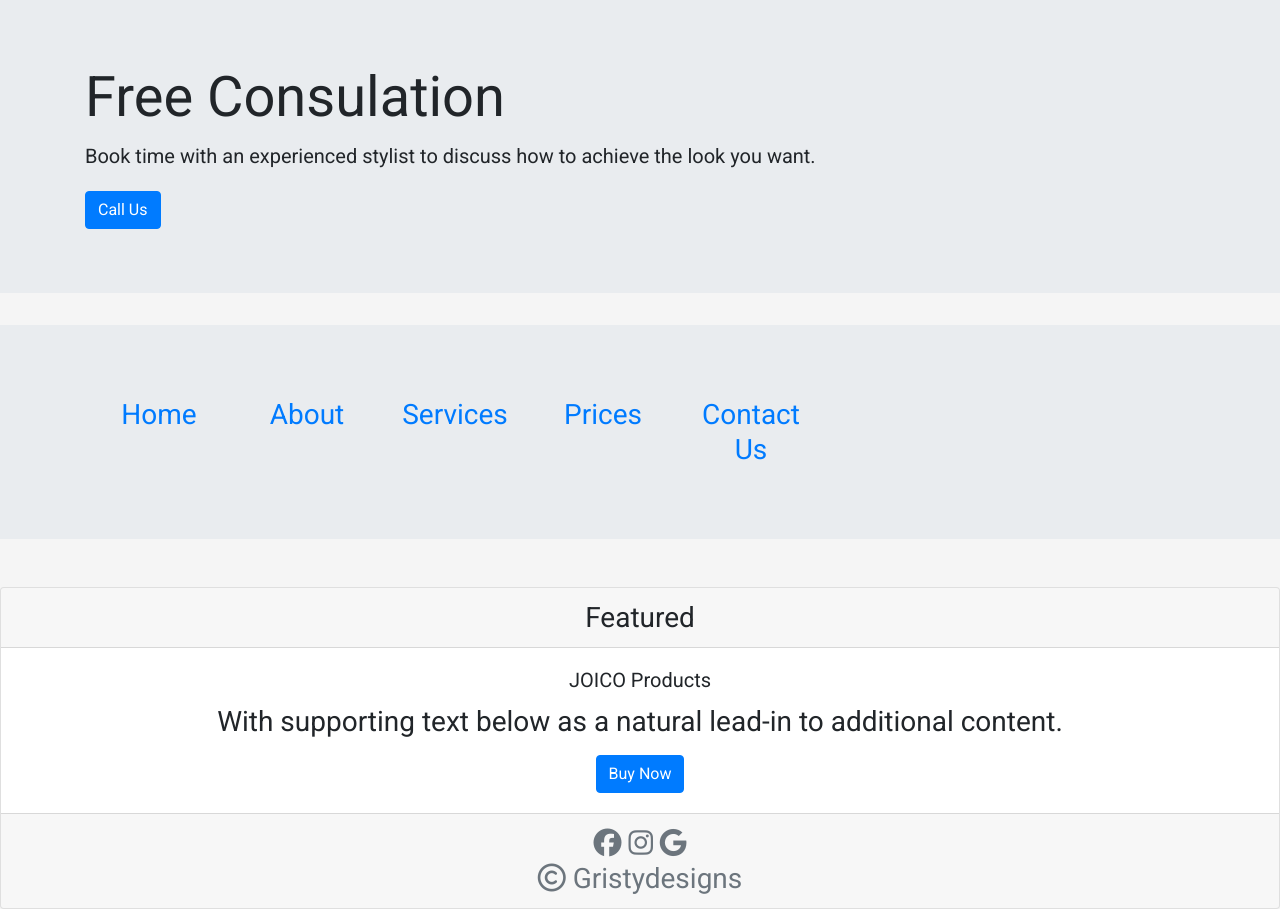
Repository: Gristydesigns/elegance-salon
Page: .c9/index.html
The author's editor kept a record of every edit. The page is drawn from the files as they stood at one moment, then again after the next edit.
The browser window is 1280 px wide. The pictures show the whole page.
Some web libraries are served in a nearby version.

Above is the page before.

### .c9/index.html
<!DOCTYPE html>
<html lang="en">

<head>
  <meta charset="UTF-8">
  <meta name="viewport" content="width=device-width, initial-scale=1.0">
  <meta http-equiv="X-UA-Compatible" content="ie=edge">
  <link rel="stylesheet" href="https://stackpath.bootstrapcdn.com/bootstrap/4.3.1/css/bootstrap.min.css" integrity="sha384-ggOyR0iXCbMQv3Xipma34MD+dH/1fQ784/j6cY/iJTQUOhcWr7x9JvoRxT2MZw1T" crossorigin="anonymous">
  <link rel="stylesheet" href="assets/css/style.css" type="text/css" />
  <script src="https://kit.fontawesome.com/d13d47f9ca.js"></script>
  <title>Elegance</title>
</head>

<body>
  <header>
    <div class="jumbotron jumbotron-fluid">
      <div class="container call to action">
        <h1 class="display-4">Free Consulation</h1>
        <p class="lead">Book time with an experienced stylist to discuss how to achieve the look you want.</p>
        <a class="btn btn-primary btn-md" href="#" role="button">Call Us</a>
      </div>
    </div>
    <div class="jumbotron jumbotron-fluid">
      <div class="container logo">
        <div class="row no-gutters bg-color-name-logo">
          <div class="col-md-8">
            <ul class="nav nav-pills nav-justified">
              <li class="nav-item">
                <a class="nav-link Home" href="#">Home</a>
              </li>
              <li class="nav-item">
                <a class="nav-link About" href="#">About</a>
              </li>
              <li class="nav-item">
                <a class="nav-link Services" href="#">Services</a>
              </li>
              <li class="nav-item">
                <a class="nav-link Prices" href="#">Prices</a>
              </li>
              <li class="nav-item">
                <a class="nav-link Contact Us" href="#">Contact Us</a>
              </li>
            </ul>
          </div>
        </div>
      </div>
    </div>
    </div>
    </div>
  </header>

  <section>
    <div class="no-gutters bg-color-name-content">
      <div class="row col-md 8">
        <p information></p>
      </div>
    </div>
  </section>
  <footer>
    <div class="card text-center">
      <div class="card-header">
        Featured
      </div>
      <div class="card-body">
        <h5 class="card-title">JOICO Products</h5>
        <p class="card-text">With supporting text below as a natural lead-in to additional content.</p>
        <a href="#" class="btn btn-primary">Buy Now</a>
      </div>
      <div class="card-footer text-muted">
        <div class"row">
          <i class="fab fa-facebook"></i>
          <i class="fab fa-instagram"></i>
          <i class="fab fa-google"></i>
        </div>
        <i class="far fa-copyright" 2019 Gristydesigns"></i>
        Gristydesigns
      </div>
    </div>
  </footer>


</body>

</html>

### assets/css/style.css
@import url('https://fonts.googleapis.com/css?family=Roboto:400,700&display=swap');

body {
    width: 100%;
    height: 100%;
    background: rgb(245,245,245);
    font-family: 'Roboto', sans-serif;
    font-size: 28px;
    font-weight: 400;
    line-height: 35px;
    background-size: cover;
}

/*-- Navigation*/

.navbar-collapse {
 width:100%;
 height: 80px;
 background: rgb(255,228,225);
  }

 .collapse.navbar-collapse {
  font-weight: 700;
  color: rgb(211,211,211);
  word-spacing: 25px;
   }

.navbar-brand {
 letter-spacing:0.2em;
 font-size: 28px;
 font-weight: 700;
 color: rgb(112,128,144);
 text-align: center;
}

/* header-banner */
#header-banner {
  height: auto;
  width:100%;
  margin-left: 0;
  margin-right: 0;
  padding-top: 20px;
  padding-bottom: 0;
 }
/*-- welcome-card */

#welcome {
 color:rgb(211,211,211);
 text-align: center;
 font-weight: 400;
 background:rgb(128,128,128);
 height:auto;
 padding-top:30px;
 padding-right:30px;
 margin-left:5px;
 margin-right:15px
}

/*-- About */

#about {
 height:65vh;
 color:rgb(0,0,0);
 font-weight:400;
 text-align: center;
 padding-top:30px;
 padding-bottom:30px;
 }

 #image-about {
 height:300px;
 width:300px;
 margin:10px;
 background: rgb(211,211,211);
 }

/*-- price list */
#price {
 letter-spacing:0.2em;
 font-weight:700;
 font-size:32px;
 text-align: center;
}

.products {
 width:100%;
 height:85vh;
}
.card-footer2 {
 background:rgb(192,192,192, 0.5);
}
.card-body2 {
 background: rgb(192,192,192);

}
.card-title2 {
 text-align: center;
 font-weight:700;
}

.card-text2 {
 text-align: center;
 font-weight:700;
}
.list-group-item {
 background:rgb(255,228,225);
}

/*-- showcase images */

#gallery {
 text-align: center
}
 h3 {
  text-shadow: 2px 2px rgb(211,211,211);
  }


/*--  contact-card */

.spinner-grow {
    display: inline-block;
    vertical-align: text-bottom;
    background-color: currentColor;
    border-radius: 50%;
    opacity: 0;
    -webkit-animation: spinner-grow 1.25s linear infinite;
    animation: spinner-grow 1.75s linear infinite;
}

.contact {
 height:85vh;
 width:100%;
 padding:20px;
 }

.contact-img {
 height:400px;
 width:500px;
}

After the next edit:
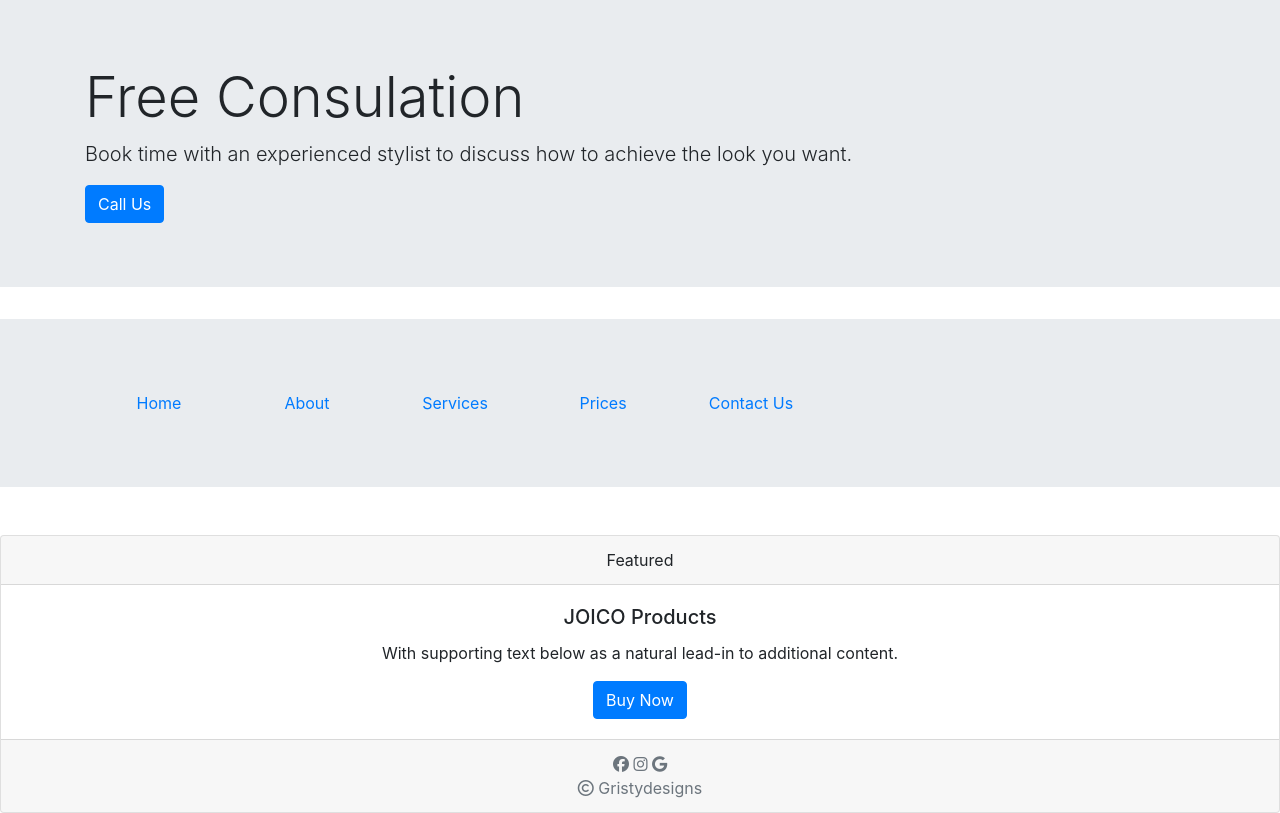
The edit:
--- a/.c9/index.html
+++ b/.c9/index.html
@@ -6,7 +6,7 @@
   <meta name="viewport" content="width=device-width, initial-scale=1.0">
   <meta http-equiv="X-UA-Compatible" content="ie=edge">
   <link rel="stylesheet" href="https://stackpath.bootstrapcdn.com/bootstrap/4.3.1/css/bootstrap.min.css" integrity="sha384-ggOyR0iXCbMQv3Xipma34MD+dH/1fQ784/j6cY/iJTQUOhcWr7x9JvoRxT2MZw1T" crossorigin="anonymous">
-  <link rel="stylesheet" href="assets/css/style.css" type="text/css" />
+  <link rel="stylesheet" href="../css/style.css" type="text/css" />
   <script src="https://kit.fontawesome.com/d13d47f9ca.js"></script>
   <title>Elegance</title>
 </head>
